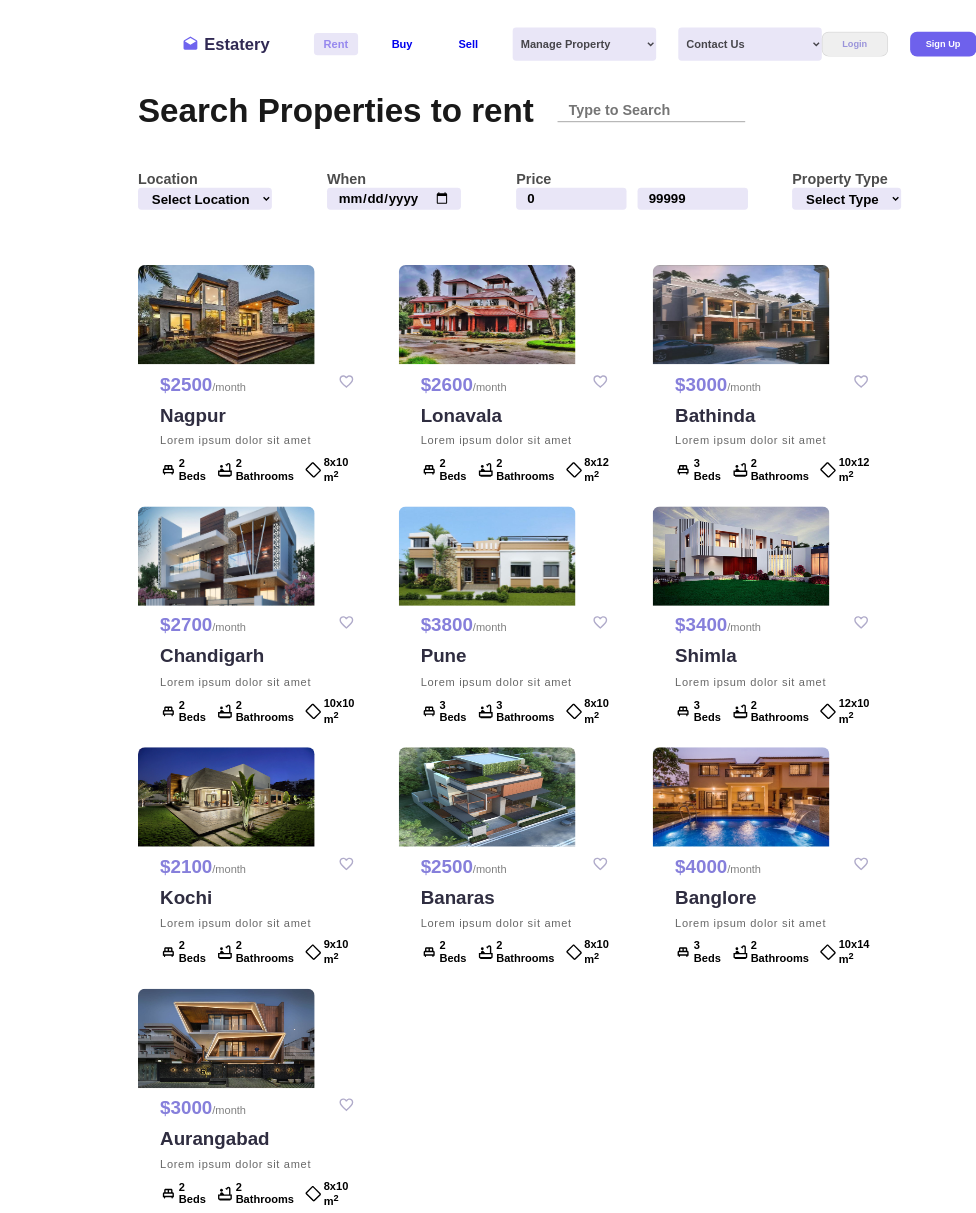
Repository: kapil4457/Reunion-Internship-Assignment
Page: /
These files come from the project's save history. The page is drawn as it stood at one moment and after the next save; the edit follows.
The browser window is 1280 px wide. The page is 1415 px wide, so the pictures cover 1415 px, including what lies to the right of the window. The pictures show the whole page, at 69% of full size.
The project was rebuilt for these pictures with package versions that can differ from the ones it lists, and the page was loaded fresh each time. Also part of the build but not shown: src/App.css.

Above is the page before, as saved 2022-10-07 18:58:04.

After the next save:
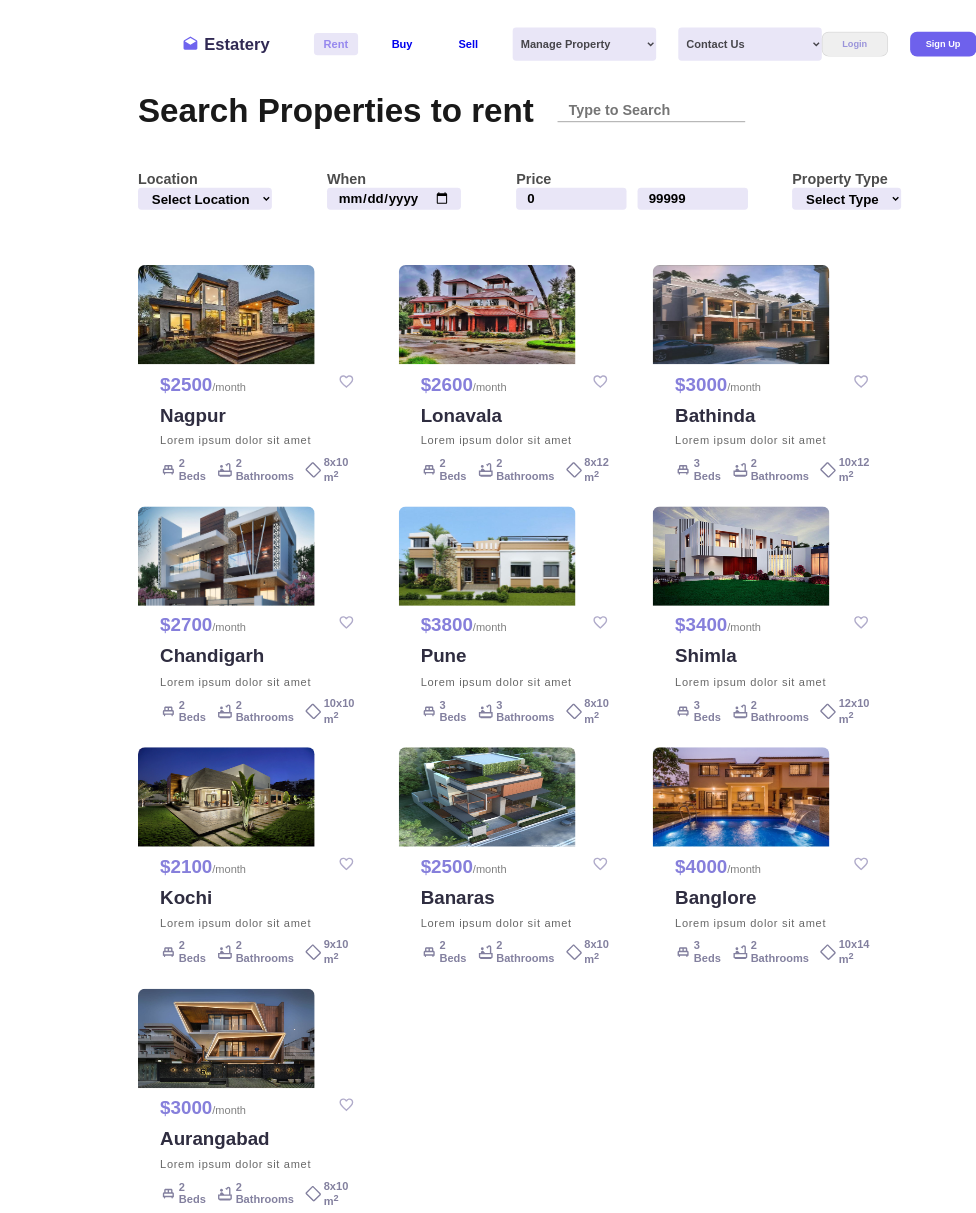
Saved 18 s later.
--- a/src/components/RentCard/RentCard.css
+++ b/src/components/RentCard/RentCard.css
@@ -60,6 +60,7 @@ height:100%;
     align-items: center;
     gap:0.2rem;
     font-weight:450;
+    color:rgb(131,128,159);
 }
 
 .icons > .area  > svg{
